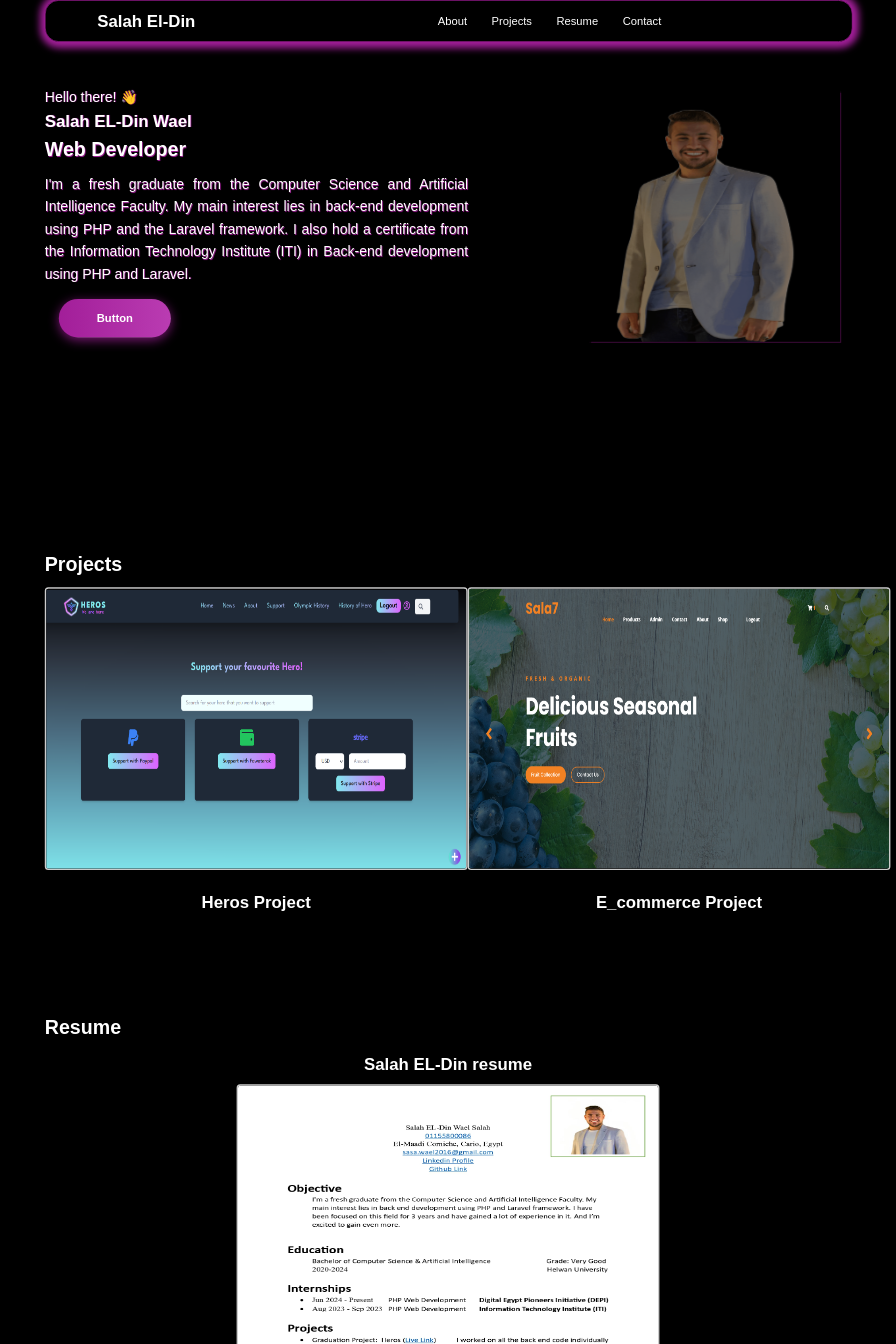
Repository: Salah-Wael/Salah-EL-Din-Portfolio
Page: index.html
These files come from the project's save history. The page is drawn as it stood at one moment and after the next save; the edit follows.
The browser window is 1280 px wide. The pictures show the part of the page from y = 0 to 1920 px (the page is 2720 px tall), at 70% of full size.

Above is the page before, as saved 2024-07-27 23:05:18.

### index.html
<!DOCTYPE html>
<html lang="en">
<head>
  <meta charset="UTF-8">
  <meta name="viewport" content="width=device-width, initial-scale=1.0">
  <title>Salah EL-Din Portfolio</title>
  <link rel="stylesheet" href="./style.css">

</head>
<body>
  <header>
    <nav>
      <h1>Salah El-Din</h1>
      <ul>
        <li><a href="#about">About</a></li>
        <li><a href="#projects">Projects</a></li>
        <li><a href="#resume">Resume</a></li>
        <li><a href="#contact">Contact</a></li>
      </ul>
    </nav>
  </header>
  <section id="about">
    <div class="about">
      <div class="content">
        <p>Hello there! 👋</p>
        <!-- <br> -->
        <h1>Salah EL-Din Wael</h1>
        <h2>Web Developer</h2>
          <p>I'm a fresh graduate from the Computer Science and Artificial Intelligence Faculty.
          My main interest lies in back-end development using PHP and the Laravel framework.
          I also hold a certificate from the Information Technology Institute (ITI) in Back-end development using PHP and Laravel.</p>




        <a href=""><button class="bn632-hover bn22">Button</button></a>
      </div>
      <div class="main-img">
        <img src="./img/me/sasag.png" alt="Salah EL-Din">
      </div>
    </div>
  </section>
  <section id="projects">

    <h2>Projects</h2>
    <div class="projects">
      <div class="projects-container">
        <a href="https://heros.rf.gd/" target="_blank">
          <div class="project">
            <div class="image-display">
              <img id="heros" src="img/projects/heros registration.png" alt="heros registration">
            </div>
            <h3>Heros Project</h3>
          </div>
        </a>
      </div>
      <div class="projects-container">
        <a href="https://sala7.great-site.net/" target="_blank">
          <div class="project">
            <div class="image-display">
              <img id="ecommerce" src="img/projects/ecommerce home.png" alt="Sala7 E_commerce">

            </div>
            <h3>E_commerce Project</h3>
          </div>
        </a>
      </div>
    </div>
  </section>
  <section id="resume">
    <h2>Resume</h2>
    <div class="cv-container">
      <div class="project">
        <h3>Salah EL-Din resume</h3>
        <div class="image-display">
          <img id="CV" src="img/CV/Salah EL-Din resume_page-0001.jpg" alt="Salah EL-Din resume">
        </div>
        <div class="thumbnails">
          <img src="img/CV/Salah EL-Din resume_page-0001.jpg" alt="Salah EL-Din resume"
          onclick="swapImage('img/CV/Salah EL-Din resume_page-0001.jpg')">

          <img src="img/CV/Salah EL-Din resume_page-0002.jpg" alt="Salah EL-Din resume"
          onclick="swapImage('img/CV/Salah EL-Din resume_page-0002.jpg')">

        </div>
      </div>
    </div>
  </section>
  <section id="contact">
    <h2>Contact</h2>
    <address>
      <a href="mailto:sasa.wael2016@gmail.com">sasa.wael2016@gmail.com</a><br>
      <a href="https://api.whatsapp.com/send/?phone=%2B201155800086" target="_blank">+20 1155 8000 86</a><br>
      <a href="https://www.linkedin.com/in/salah-eldin" target="_blank">Linkedin</a><br>
      <a href="https://github.com/Salah-Wael" target="_blank">Github</a><br>
    </address>
  </section>
</body>

<script>
    document.addEventListener('DOMContentLoaded', (event) => {
      const herosImages = [
        'img/projects/heros registration.png',
        'img/projects/heros create news.png',
        'img/projects/heros payment.png'
      ];
      const ecommerceImages = [
        'img/projects/ecommerce home.png',
        'img/projects/products.png'
      ];

      let currentHerosIndex = 0;
      const herosImage = document.getElementById('heros');

      function swapHerosImage() {
        currentHerosIndex = (currentHerosIndex + 1) % herosImages.length;
        herosImage.src = herosImages[currentHerosIndex];
      }
      setInterval(swapHerosImage, 2000); // Change image every 2 seconds

      let currentEcommerceIndex = 0;
      const ecommerceImage = document.getElementById('ecommerce');

      function swapEcommerceImage() {
        currentEcommerceIndex = (currentEcommerceIndex + 1) % ecommerceImages.length;
        ecommerceImage.src = ecommerceImages[currentEcommerceIndex];
      }

      setInterval(swapEcommerceImage, 2000); // Change image every 2 seconds
    });



    function swapImage(newSrc) {
      document.getElementById('CV').src = newSrc;
    }
  </script>
</html>

### style.css
/* Reset some basic styles */
*{
  margin: 0;
  padding: 0;
  list-style: none;
  text-decoration: none;
  color: white;
  font-family: Arial, sans-serif;
}

/* General body styling */
body {
  font-family: Arial, sans-serif;
  line-height: 1.6;
  background-color: black;
}

/* Styling for navigation bar */
header{
  height: 10vh;
  width: 100%;

}

:root {
  --main-color: #a21e99;
  --secondary-color: #2ecc71;
  --font-size: 16px;
}

nav {
  background-color: black;
  border: 1px solid var(--main-color) ;
  box-shadow: 1px 1px 10px 8px var(--main-color) ;
  z-index: 1;
  border-radius: 20px;
  color: white;
  width: 90%;
  margin-left: 5%;
  display: flex;
  justify-content: space-between;
  align-items: center;
  padding: 10px 0px;
  margin-bottom: 50px;
  position: fixed;
}

nav h1 {
  width: 30%;
  text-align: center;
  font-size: 24px;
}

nav ul {
  display: flex;
  justify-content: center;
  width: 90%;
  gap: 15px;
}

nav ul li {
  list-style: none;
}

nav ul li a {
  color: white;
  text-decoration: none;
  padding: 5px 10px;
}

nav ul li a:hover {
  color: var(--main-color);
  transition: 0.5s;
}

/* Section styling */
section {
  /* padding: 20px; */
  margin-top: 50px;
  width: 90%;
  margin-left: 5%;
  height: 85vh;
}

section h2 {
  font-size: 28px;
  margin-bottom: 10px;
}

section p {
  font-size: 24px;
}

/* about section styling */
.about{
  display: flex;
  justify-content: space-around;
  align-items: center;
  margin: 0, 20px, 20px, 20px;
}

.about .content{
  width: 70%;
  height: 100%;
}

.about .content{
  text-shadow: 1px 1px 1px #a21e99;
}

.about div p{
  width: 75%;
  font-size: 20px;
  text-align: justify;
}

.bn632-hover {
  width: 160px;
  font-size: 16px;
  font-weight: 600;
  color: #fff;
  cursor: pointer;
  margin: 20px;
  height: 55px;
  text-align:center;
  border: none;
  background-size: 300% 100%;
  border-radius: 50px;
  moz-transition: all .4s ease-in-out;
  -o-transition: all .4s ease-in-out;
  -webkit-transition: all .4s ease-in-out;
  transition: all .4s ease-in-out;
}

.bn632-hover:hover {
  background-position: 100% 0;
  moz-transition: all .4s ease-in-out;
  -o-transition: all .4s ease-in-out;
  -webkit-transition: all .4s ease-in-out;
  transition: all .4s ease-in-out;
}

.bn632-hover:focus {
  outline: none;
}

.bn632-hover.bn22 {
  background-image: linear-gradient(
    to right,
    #a21e99,
    #ba3cb2,
    #dd30d8,
    #b62bb6
  );
  box-shadow: 0 4px 15px 0 rgba(162, 30, 153, 0.75);
}

.about .main-img{
  width: 30%;
  height: 100%;

}

.about div img{
  width: 300px;
  height: 300px;
  animation: salah 2s linear infinite;
  -webkit-animation: salah 2s linear infinite;
  box-shadow: 1px 1px 1px 0px rgba(162, 30, 153, 0.75) ;

}

@keyframes salah {
  0%{
    opacity: 0;
    transform: scale(0.5);

  }
  50%{
    opacity: 0.5;
    transform: scale(1.2);
  }

  100%{
    opacity: 1;
    transform: scale(1);
  }
}


/* Projects section styling */
.projects{
  display: flex;
  justify-content: space-evenly;
}

.projects-container {
  display: flex;
  gap: 20px;
  flex-wrap: wrap;
  justify-content: center;
}
.cv-container {
  display: flex;
  gap: 20px;
  flex-wrap: wrap;
  justify-content: center;
}

.project {
  text-align: center;
}

.project h3 {
  font-size: 24px;
  margin-bottom: 10px;
}

.image-display {
  margin-bottom: 20px;

}

#projects .image-display img {
  width: 600px;
  height: 400px;
  border: 2px solid #ccc;
  border-radius: 5px;
  box-shadow: 0 2px 5px rgba(0, 0, 0, 0.1);
}
#resume .image-display img {
  width: 600px;
  height: 600px;
  border: 2px solid #ccc;
  border-radius: 5px;
  box-shadow: 0 2px 5px rgba(0, 0, 0, 0.1);
}

.thumbnails {
  display: flex;
  gap: 10px;
  justify-content: center;
}

.thumbnails img {
  width: 100px;
  height: 70px;
  border: 2px solid #ccc;
  border-radius: 5px;
  cursor: pointer;
  transition: border-color 0.3s ease;
}

.thumbnails img:hover {
  border-color: #333;
}

After the next save:
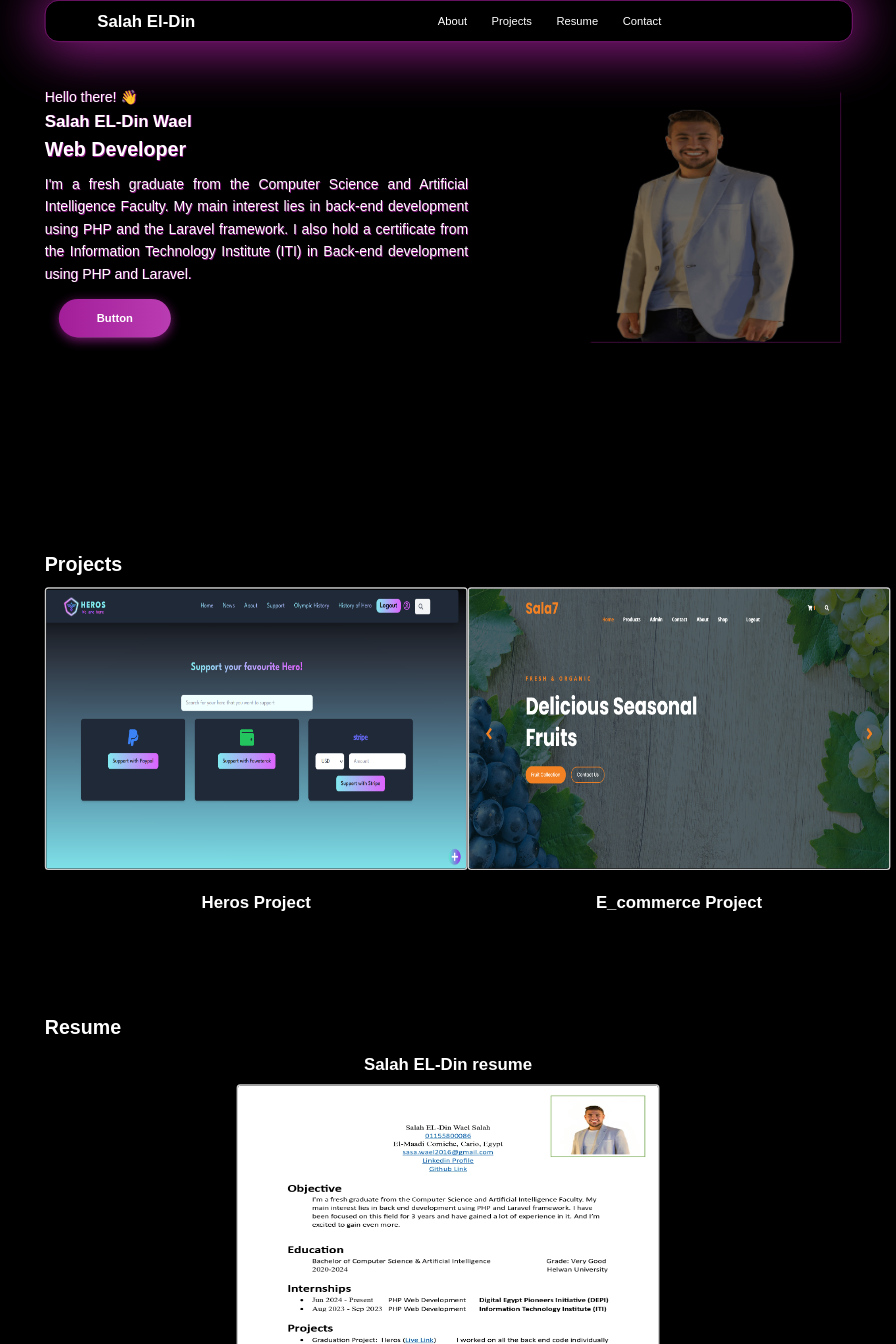
Saved 4 s later.
--- a/style.css
+++ b/style.css
@@ -31,7 +31,7 @@ header{
 nav {
   background-color: black;
   border: 1px solid var(--main-color) ;
-  box-shadow: 1px 1px 10px 8px var(--main-color) ;
+  box-shadow: 1px 1px 80px 8px var(--main-color) ;
   z-index: 1;
   border-radius: 20px;
   color: white;
